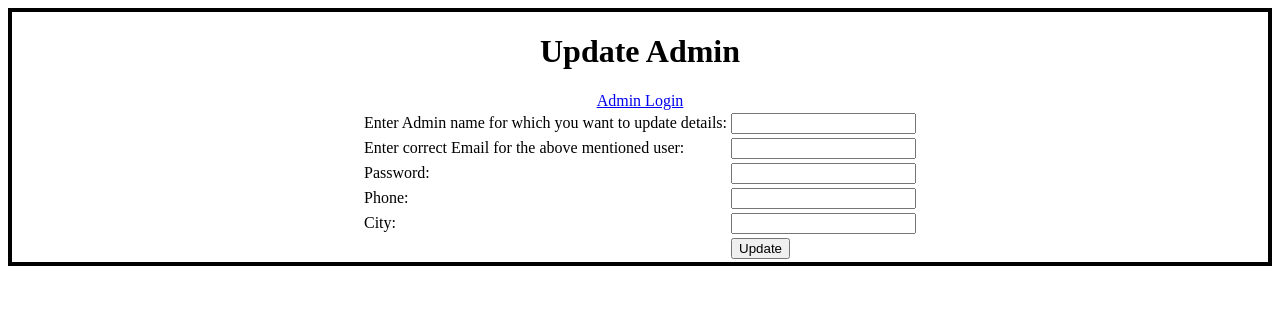
Repository: priyankagit8692/Phase_2_SimpliLearn-
Page: http://localhost/LearnerAcademyProject/AdminUpdate.jsp
An editor plug-in stored every save of this project. The page is shown before and after the next save, followed by the edit.
The browser window is 1280 px wide. The pictures show the whole page.
The page is served by Tomcat 9. Other server files are loaded and not shown.

Above is the page before, as saved 2021-03-20 06:43:41.

### FinalProjectPhase2/LearnerAcademyProject/WebContent/AdminUpdate.jsp
<%@ page language="java" contentType="text/html; charset=ISO-8859-1"
    pageEncoding="ISO-8859-1"%>
<!DOCTYPE html>
<html>
<head>
<meta charset="ISO-8859-1">
<title>Admin Update</title>
</head>
<body>
<div align="center" style="border: solid 4px black;">
    <h1>Update Admin</h1>
    <a href="AdminLogin.jsp">Admin Login</a>
    <form method="post" action="adminUpdate">
        <table>
             <tr>
                <td>Enter Admin name for which you want to update details:</td>
                <td><input type="text" name="adminName"></td>
            </tr>
            <tr>
                <td>Enter correct Email for the above mentioned user:</td>
                <td><input type="email" name="adminEmail"></td>
            </tr>
            <tr>
                <td>Password:</td>
                <td><input type="password" name="adminPassword"></td>
            </tr>
            <tr>
                <td>Phone:</td>
                <td><input type="text" name="adminPhone"></td>
            </tr>
            <tr>
                <td>City:</td>
                <td><input type="text" name="adminCity"></td>
            </tr>
            <tr>
                <td></td>
                <td>
                    <button type="submit">Update</button>
                </td>
            </tr>
        </table>
        <c:if test="${not empty msg}">
            <c:out value="${msg}"/>
        </c:if>

    </form>
</div>


</body>
</html>

After the next save:
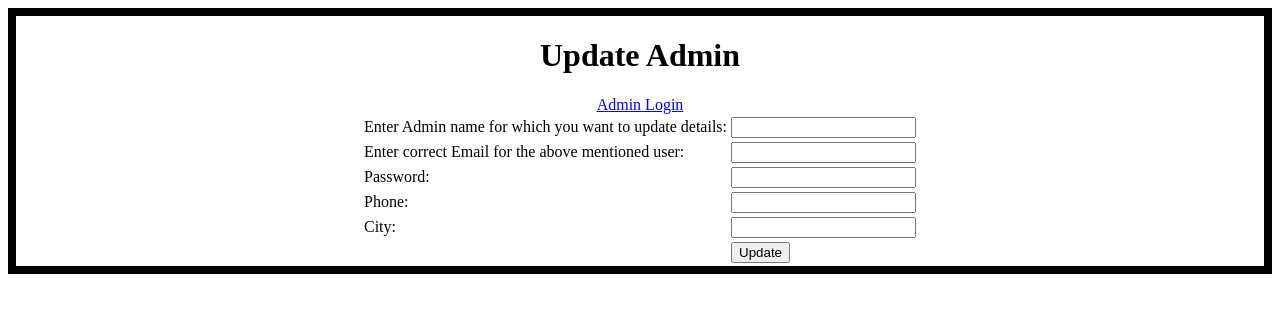
Saved 10 s later.
--- a/FinalProjectPhase2/LearnerAcademyProject/WebContent/AdminUpdate.jsp
+++ b/FinalProjectPhase2/LearnerAcademyProject/WebContent/AdminUpdate.jsp
@@ -7,7 +7,7 @@
 <title>Admin Update</title>
 </head>
 <body>
-<div align="center" style="border: solid 4px black;">
+<div align='center' style='border: solid 8px black; height: 95%'>
     <h1>Update Admin</h1>
     <a href="AdminLogin.jsp">Admin Login</a>
     <form method="post" action="adminUpdate">
